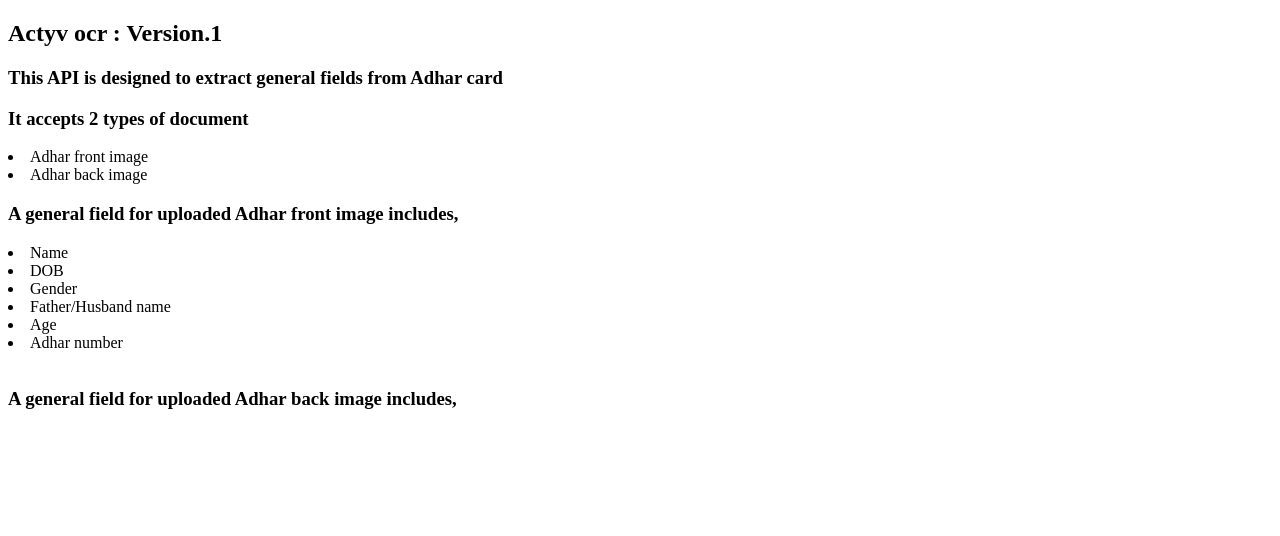
Repository: Sahana-M/OCR-for-Adhar
Page: template/home.html
An editor plug-in stored every save of this project. The page is shown before and after the next save, followed by the edit.
The browser window is 1280 px wide. The pictures show the whole page.

Above is the page before, as saved 2020-03-25 21:14:39.

### template/home.html
<!DOCTYPE html>
<html lang="en">
<head>
    <meta charset="UTF-8">
    <meta name="viewport" content="width=device-width, initial-scale=1.0">
    <meta http-equiv="X-UA-Compatible" content="ie=edge">
    <title>Actyv OCR</title>
</head>
<body>
        <h2>Actyv ocr : Version.1</h2>
        <h3>This API is designed to extract general fields from Adhar card</h3>
        <h3>It accepts 2 types of document</h3>
        <li>Adhar front image</li>
        <li>Adhar back image</li>
        <h3>A general field for uploaded Adhar front image includes, </h3>
        <li>Name</li>
        <li>DOB</li>
        <li>Gender</li>
        <li>Father/Husband name</li>
        <li>Age</li>
        <li>Adhar number</li>
        <br>
        <h3>A general field for uploaded Adhar back image includes, </h3>
    </body>
</html>

After the next save:
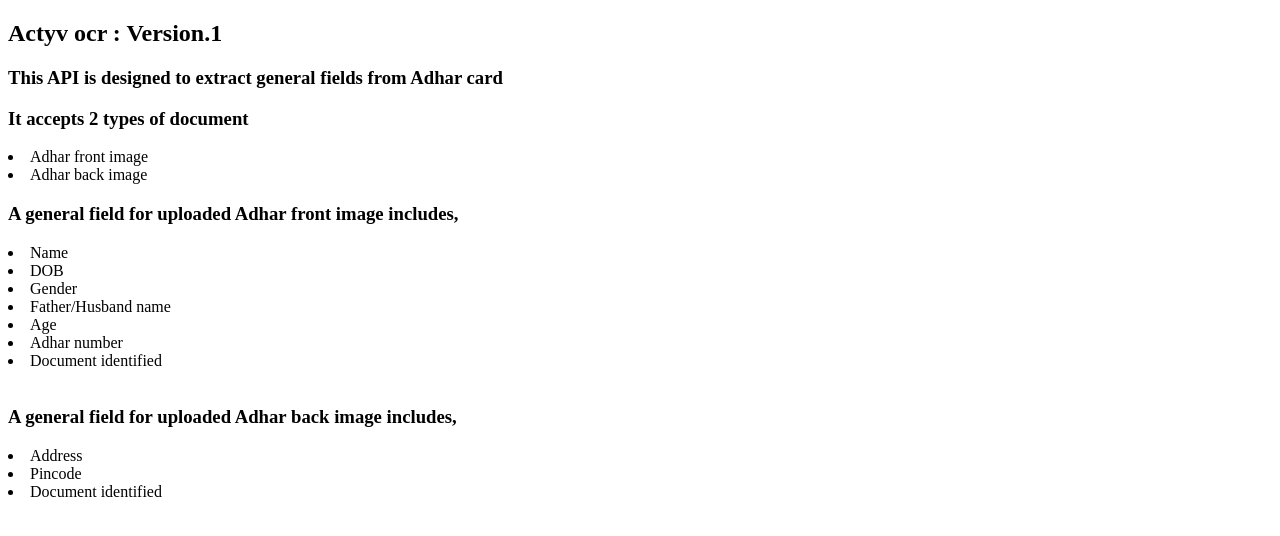
Saved 45 s later.
--- a/template/home.html
+++ b/template/home.html
@@ -19,7 +19,11 @@
         <li>Father/Husband name</li>
         <li>Age</li>
         <li>Adhar number</li>
+        <li>Document identified</li>
         <br>
         <h3>A general field for uploaded Adhar back image includes, </h3>
+        <li>Address</li>
+        <li>Pincode</li>
+        <li>Document identified</li>
     </body>
 </html>
